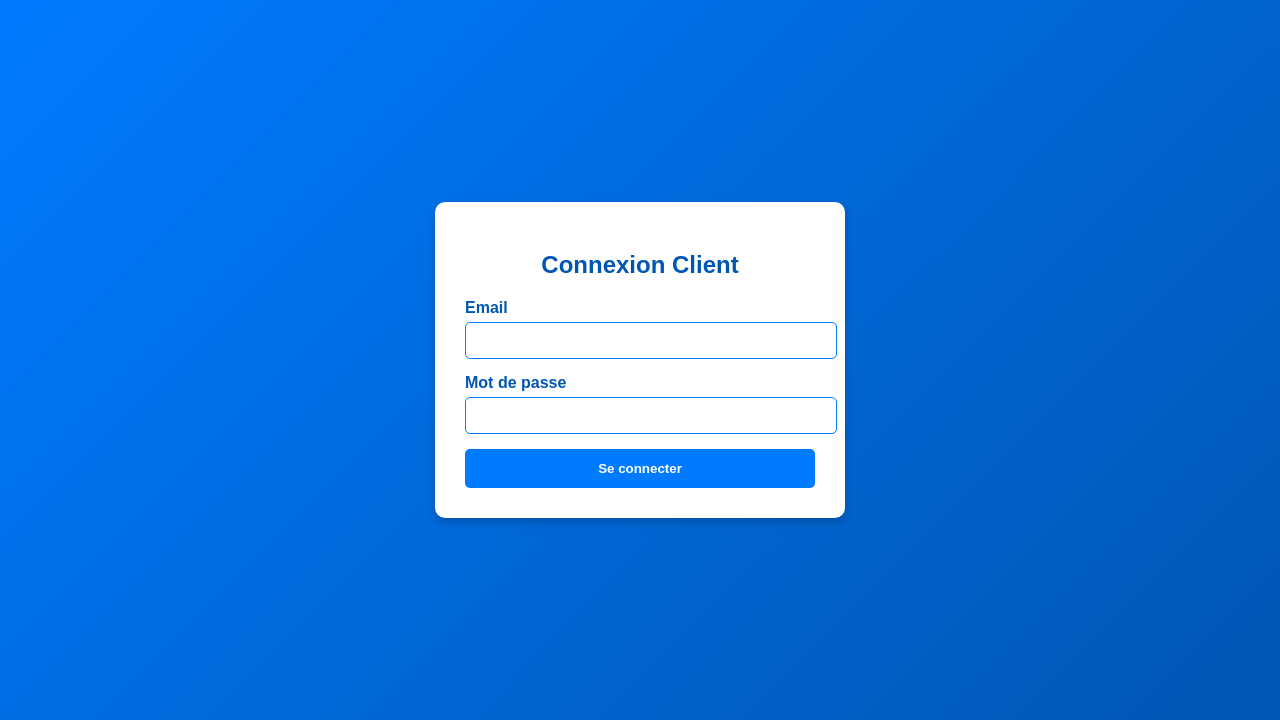
Repository: ROOSVELTTEUBOU/Projet-dev
Page: http://localhost/fonction/login_employe.php
An editor plug-in stored every save of this project. The page is shown before and after the next save, followed by the edit.
The browser window is 1280 px wide. The pictures show the whole page.
The page is run by PHP 8.4 with error messages shown; the project is at /var/www/html/.

Above is the page before, as saved 2026-02-16 15:55:33.

### fonction/login_employe.php
<?php
session_start();
//include('connexion_bd/connexion_bd.php'); // Connexion à la BD
$host = "localhost";
$user = "root";
$pass = "";
$db = "appecom";

$conn = new mysqli($host, $user, $pass, $db);

if ($conn->connect_error) {
    die("Connexion échouée: " . $conn->connect_error);
}

$error="";
if ($_SERVER['REQUEST_METHOD'] === 'POST' && isset($_POST['email'], $_POST['password'])) {
    $email = trim($_POST['email']);
    $pass = trim($_POST['password']);

    // Vérification dans la table Client
    if (empty($email) || empty($pass)) {
        $error = "Veuillez remplir tous les champs ❌";
    } else {
        // Préparer la requête SQL sécurisée
        $sql = "SELECT id_utilisateur, nom, mot_de_passe FROM utilisateur WHERE email = ?";
        $stmt = $conn->prepare($sql);

        if ($stmt) {
            $stmt->bind_param("s", $email);
            $stmt->execute();
            $result = $stmt->get_result();

            if ($row = $result->fetch_assoc()) {
                // Vérification du mot de passe
                if ($pass === $row['mot_de_passe']) {
                    // Stockage en session
                    $_SESSION['id_utilisateur'] = $row['id_utilisateur'];
                    $_SESSION['user'] = htmlspecialchars($row['nom']); // Protection contre XSS

                    // Redirection vers le dashboard client
                    header("Location: ../fonction_interne/dashboard_employe.php");
                    exit();
                } else {
                    $error = "❌password_error or email_error";
                }
            } else {
                $error = "❌Connection_error";
            }

            $stmt->close();
        } else {
            $error = "❌Erreur lors de la préparation de la requête";
        }
    }
}
$conn->close();

?>

<!DOCTYPE html>
<html lang="fr">
<head>
  <meta charset="UTF-8">
  <title>Connexion Utilisateur Employe</title>
  <style>
    body {
      font-family: Arial, sans-serif;
      background: linear-gradient(135deg, #007bff, #0056b3);
      display: flex;
      justify-content: center;
      align-items: center;
      height: 100vh;
      margin: 0;
    }

    .login-container {
      background-color: #ffffff;
      padding: 30px;
      border-radius: 10px;
      box-shadow: 0 4px 10px rgba(0,0,0,0.2);
      width: 350px;
    }

    .login-container h2 {
      text-align: center;
      color: #0056b3;
      margin-bottom: 20px;
    }

    .form-group {
      margin-bottom: 15px;
    }

    .form-group label {
      display: block;
      font-weight: bold;
      margin-bottom: 5px;
      color: #0056b3;
    }

    .form-group input {
      width: 100%;
      padding: 10px;
      border: 1px solid #007bff;
      border-radius: 5px;
      outline: none;
    }

    .form-group input:focus {
      border-color: #0056b3;
      box-shadow: 0 0 5px rgba(0,91,187,0.5);
    }

    .btn {
      width: 100%;
      padding: 12px;
      background-color: #007bff;
      border: none;
      border-radius: 5px;
      color: #fff;
      font-weight: bold;
      cursor: pointer;
      transition: background-color 0.3s ease;
    }

    .btn:hover {
      background-color: #0056b3;
    }

    .message {
      text-align: center;
      margin-top: 15px;
      font-size: 14px;
      color: red;
      font-weight: bold;
    }
  </style>
</head>
<body>
  <div class="login-container">
    <h2>Connexion Client</h2>
    <form action="./login_employe.php" method="POST">
      <div class="form-group">
        <label>Email</label>
        <input type="email" name="email" required>
      </div>
      <div class="form-group">
        <label>Mot de passe</label>
        <input type="password" name="password" required>
      </div>
      <?php if (!empty($error)): ?>
        <div class="message">
            <?php echo htmlspecialchars($error); ?>
        </div>
      <?php endif; ?>
      <button type="submit" class="btn">Se connecter</button>
    </form>
  </div>
</body>
</html>

After the next save:
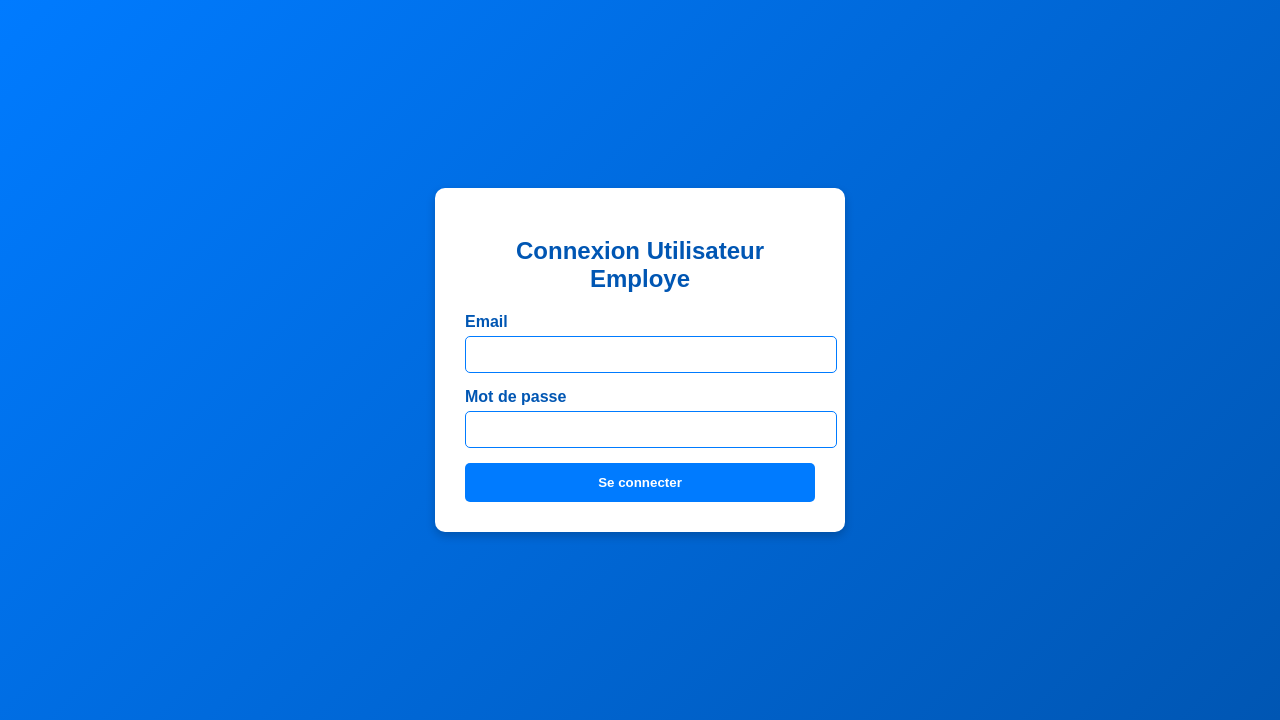
Saved 3 days later.
--- a/fonction/login_employe.php
+++ b/fonction/login_employe.php
@@ -138,7 +138,7 @@ $conn->close();
 </head>
 <body>
   <div class="login-container">
-    <h2>Connexion Client</h2>
+    <h2>Connexion Utilisateur Employe</h2>
     <form action="./login_employe.php" method="POST">
       <div class="form-group">
         <label>Email</label>
